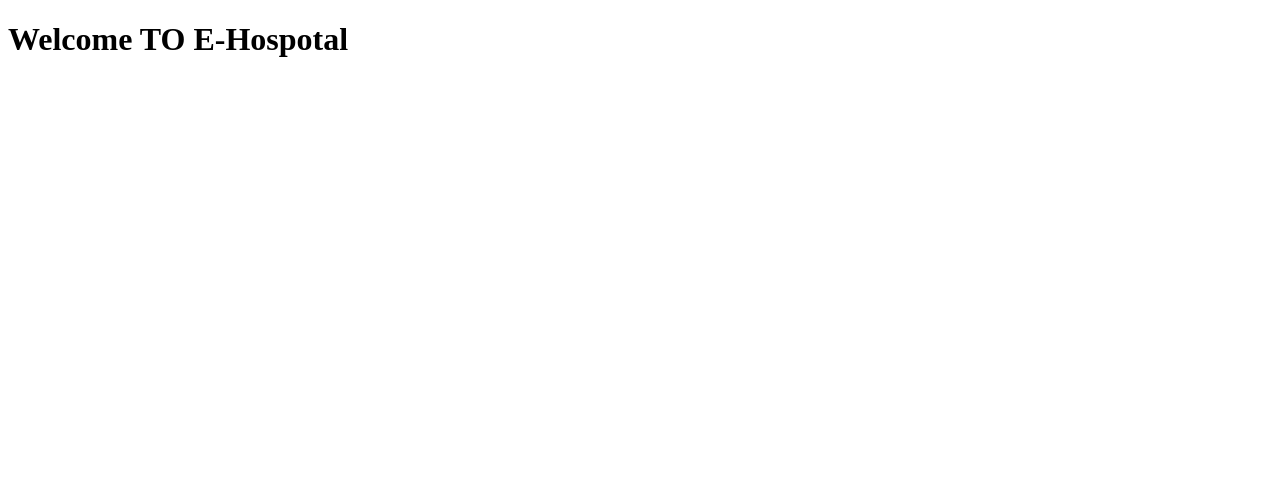
Repository: Ramjangori/Spring_Boot
Page: PatientsManagementProject/src/main/resources/static/index.html
The author's editor kept a copy of each file at every save. The page is drawn from the files as they stood at one save, then again after the next save.
The browser window is 1280 px wide. The pictures show the whole page.

Above is the page before, as saved 2026-05-04 09:19:52.

After the next save:
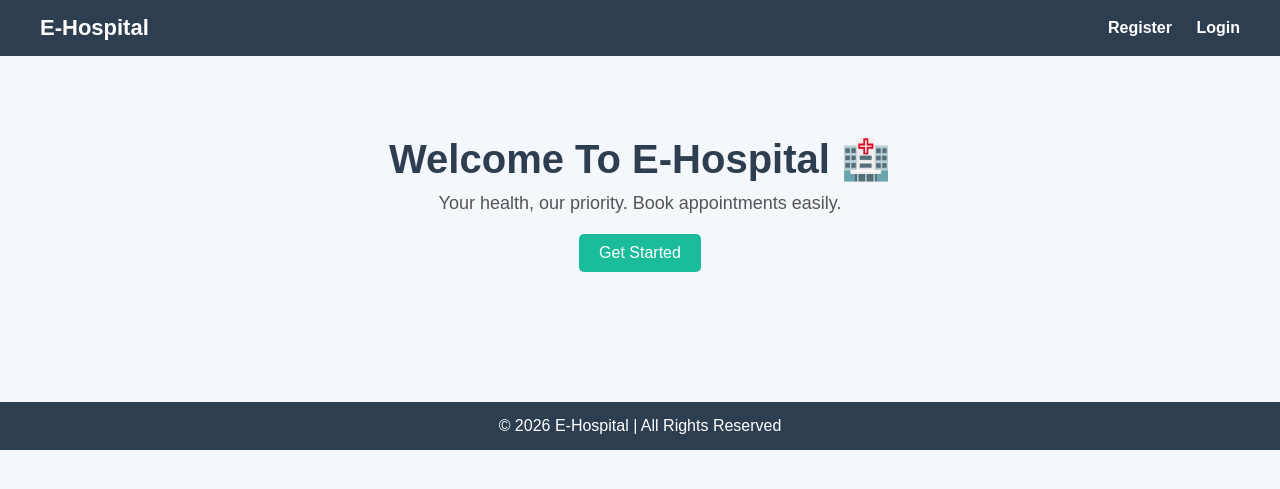
Saved 11 min 38 s later.
--- a/PatientsManagementProject/src/main/resources/static/index.html
+++ b/PatientsManagementProject/src/main/resources/static/index.html
@@ -3,12 +3,109 @@
 <head>
     <meta charset="UTF-8">
     <meta name="viewport" content="width=device-width, initial-scale=1.0">
-    <title>My First Page</title>
+    <title>E-Hospital</title>
+
+    <style>
+        * {
+            margin: 0;
+            padding: 0;
+            box-sizing: border-box;
+            font-family: Arial, sans-serif;
+        }
+
+        body {
+            background: #f4f7fb;
+        }
+
+        /* Header */
+        header {
+            background: #2c3e50;
+            color: white;
+            padding: 15px 40px;
+            display: flex;
+            justify-content: space-between;
+            align-items: center;
+        }
+
+        header h2 {
+            font-size: 22px;
+        }
+
+        nav a {
+            color: white;
+            text-decoration: none;
+            margin-left: 20px;
+            font-weight: bold;
+        }
+
+        nav a:hover {
+            color: #1abc9c;
+        }
+
+        /* Hero Section */
+        .hero {
+            text-align: center;
+            padding: 80px 20px;
+        }
+
+        .hero h1 {
+            font-size: 40px;
+            color: #2c3e50;
+        }
+
+        .hero p {
+            margin-top: 10px;
+            font-size: 18px;
+            color: #555;
+        }
+
+        .btn {
+            display: inline-block;
+            margin-top: 20px;
+            padding: 10px 20px;
+            background: #1abc9c;
+            color: white;
+            text-decoration: none;
+            border-radius: 5px;
+        }
+
+        .btn:hover {
+            background: #16a085;
+        }
+
+        /* Footer */
+        footer {
+            text-align: center;
+            padding: 15px;
+            background: #2c3e50;
+            color: white;
+            margin-top: 50px;
+        }
+    </style>
 </head>
+
 <body>
 
-    <h1>Welcome TO E-Hospotal</h1>
-    <p></p>
+    <!-- Header -->
+    <header>
+        <h2>E-Hospital</h2>
+        <nav>
+            <a href="#">Register</a>
+            <a href="#">Login</a>
+        </nav>
+    </header>
+
+    <!-- Hero Section -->
+    <section class="hero">
+        <h1>Welcome To E-Hospital 🏥</h1>
+        <p>Your health, our priority. Book appointments easily.</p>
+        <a href="#" class="btn">Get Started</a>
+    </section>
+
+    <!-- Footer -->
+    <footer>
+        <p>© 2026 E-Hospital | All Rights Reserved</p>
+    </footer>
 
 </body>
 </html>
